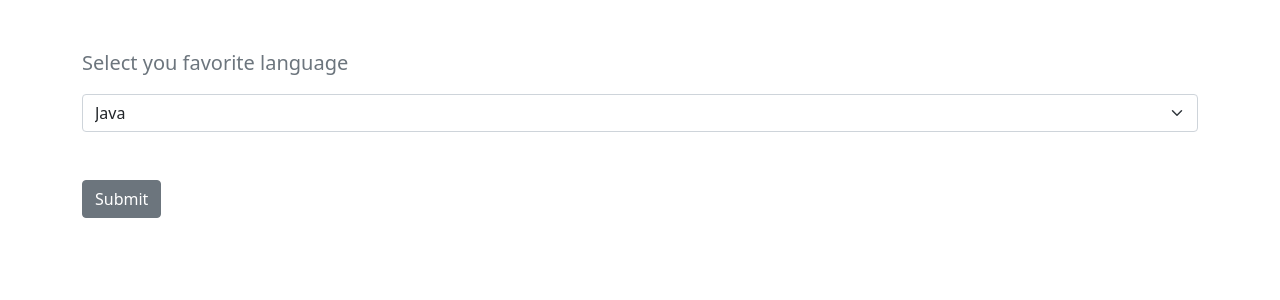
Repository: valletivarish/monojsp
Page: http://localhost/04-jsp-cookie-demo/cookie-form.jsp
These files come from the project's save history. The page is drawn as it stood at one moment and after the next save; the edit follows.
The browser window is 1280 px wide. The pictures show the whole page.
The page is served by Tomcat 9.

Above is the page before, as saved 2024-07-15 07:20:17.

### 04-jsp-cookie-demo/WebContent/cookie-form.jsp
<%@ page language="java" contentType="text/html; charset=ISO-8859-1"
	pageEncoding="ISO-8859-1"%>
<!DOCTYPE html>
<html>
<head>
<meta charset="ISO-8859-1">
<title>Insert title here</title>
<link
	href="https://cdn.jsdelivr.net/npm/bootstrap@5.0.2/dist/css/bootstrap.min.css"
	rel="stylesheet"
	integrity="sha384-EVSTQN3/azprG1Anm3QDgpJLIm9Nao0Yz1ztcQTwFspd3yD65VohhpuuCOmLASjC"
	crossorigin="anonymous">
</head>
<body>
	<div class="container my-5">
		<p class="lead text-secondary">Select you favorite language</p>
		<form action="cookie-response.jsp">
			<select class="form-select" name="favLangauge">
				<option value="Java">Java</option>
				<option value="C++">C++</option>
				<option value="Python">Python</option>
			</select> <input type="submit" class="btn btn-secondary my-5">
		</form>

	</div>
</body>
</html>

After the next save:
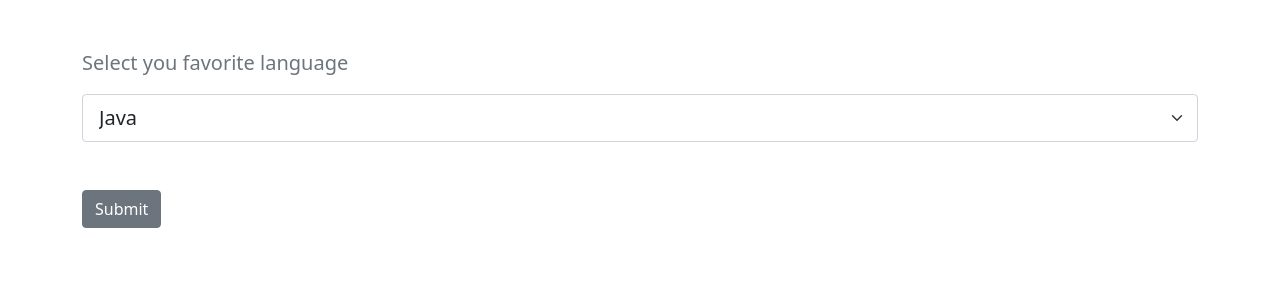
Saved 18 s later.
--- a/04-jsp-cookie-demo/WebContent/cookie-form.jsp
+++ b/04-jsp-cookie-demo/WebContent/cookie-form.jsp
@@ -15,7 +15,7 @@
 	<div class="container my-5">
 		<p class="lead text-secondary">Select you favorite language</p>
 		<form action="cookie-response.jsp">
-			<select class="form-select" name="favLangauge">
+			<select class="form-select form-select-lg" name="favLangauge">
 				<option value="Java">Java</option>
 				<option value="C++">C++</option>
 				<option value="Python">Python</option>
